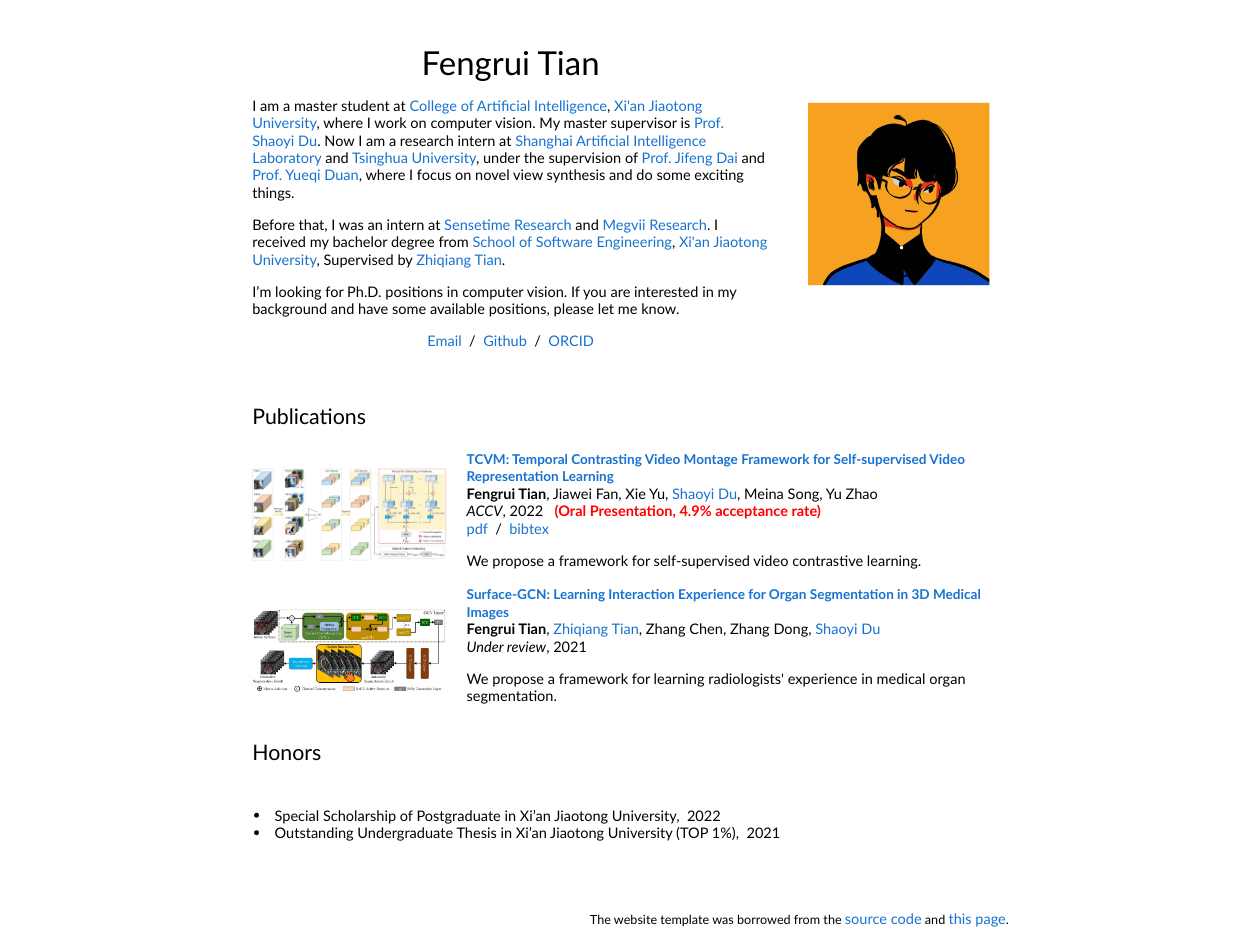
Repository: tianfr/tianfr.github.io
Page: index.html
An editor plug-in stored every save of this project. The page is shown before and after the next save, followed by the edit.
The browser window is 1280 px wide. The pictures show the whole page, at 97% of full size.

Above is the page before, as saved 2022-11-20 16:19:47.

After the next save:
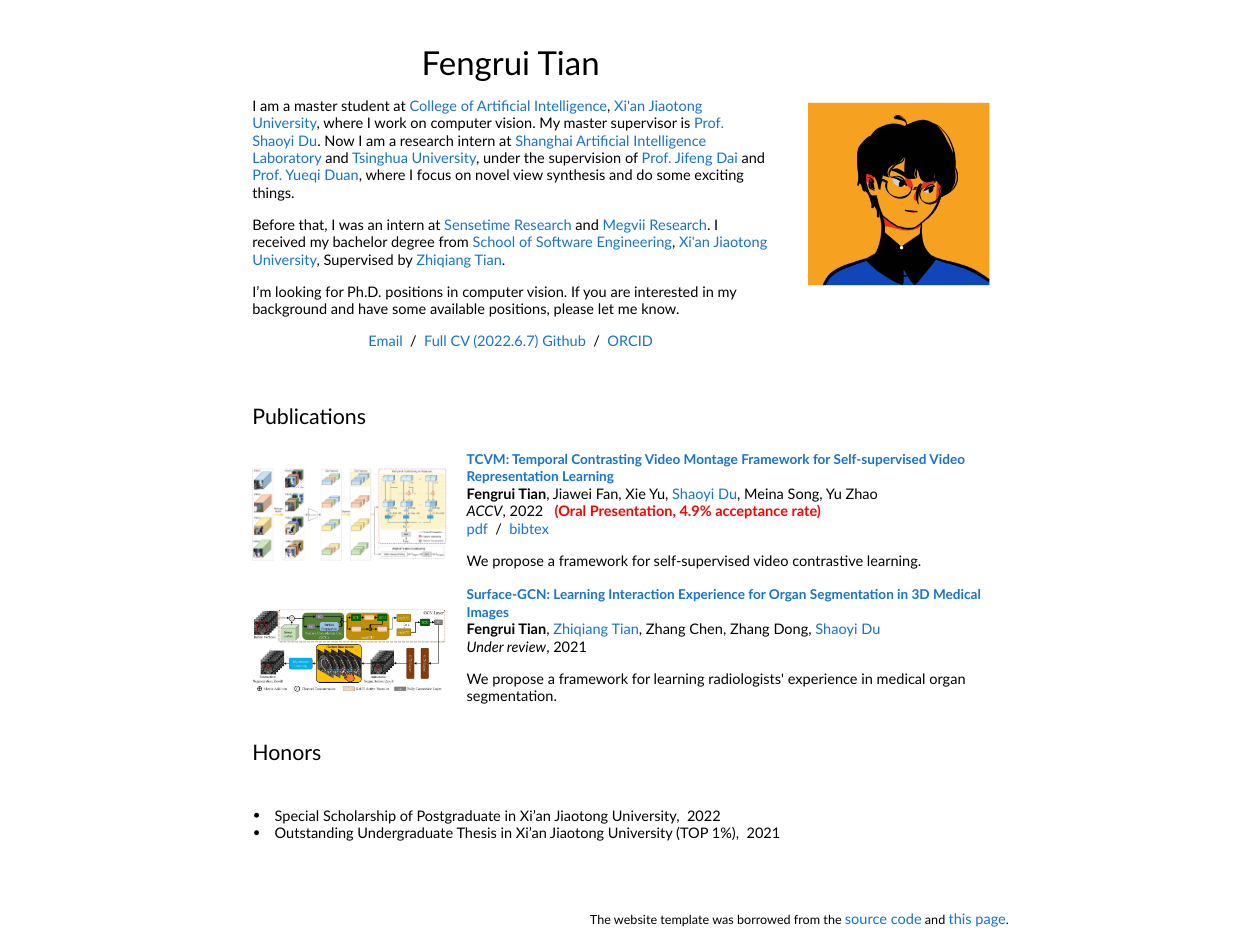
Saved 4 min 15 s later.
--- a/index.html
+++ b/index.html
@@ -36,6 +36,7 @@
                 <!-- <a href="data/JonBarron-bio.txt">Bio</a> &nbsp/&nbsp -->
                 <!-- <a href="https://scholar.google.com/citations?hl=en&user=jktWnL8AAAAJ">Google Scholar</a> &nbsp/&nbsp -->
                 <!-- <a href="https://twitter.com/jon_barron">Twitter</a> &nbsp/&nbsp -->
+                <a href="data/PS_Tian Fengrui_2022_6_7_en.pdf">Full CV (2022.6.7)</a>
                 <a href="https://github.com/tianfr/">Github</a> &nbsp/&nbsp
                 <a href="https://orcid.org/0000-0002-9577-5276">ORCID</a>
               </p>
